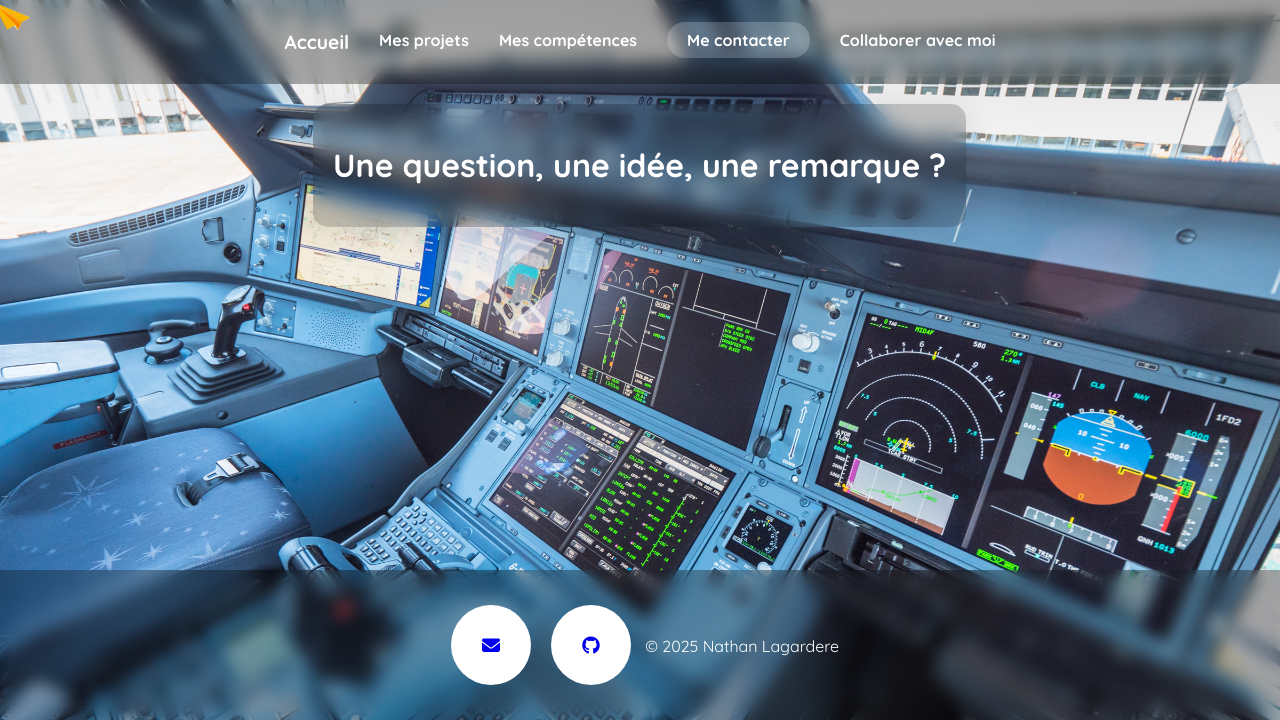
Repository: nlagardere/myportfolio
Page: contact.html
An editor plug-in stored every save of this project. The page is shown before and after the next save, followed by the edit.
The browser window is 1280 px wide. The pictures show the whole page.

Above is the page before, as saved 2025-09-07 11:06:18.

### contact.html
<!DOCTYPE html>
<html lang="en">
<head>
    <meta charset="UTF-8">
    <meta name="viewport" content="width=device-width, initial-scale=1.0">
    <title>Contact</title>
</head>
<body>
    <!DOCTYPE html>
<html lang="fr">
<head>
  <meta charset="UTF-8">
  <meta name="viewport" content="width=device-width, initial-scale=1.0">
  <title>Portfolio</title>

  <link href="https://fonts.googleapis.com/css2?family=Exo+2:wght@400;700&family=Quicksand:wght@400;700&display=swap" rel="stylesheet">
  <link rel="stylesheet" href="https://cdnjs.cloudflare.com/ajax/libs/font-awesome/6.5.0/css/all.min.css">

  <style>
    html{
      scroll-behavior: smooth;
      cursor: none;
    }

    body {
      font-family: 'Quicksand', sans-serif;
      margin: 0;
      padding: 0;
      min-height: 100vh;
      display: flex;
      flex-direction: column;
      background: url('a350.jpg') no-repeat center center;
      background-size: cover;
      color: #fff;

    }

    header {
      text-align: center;
      padding: 30px 20px;
      background: rgba(0,0,0,0.3);
      backdrop-filter: blur(8px);
    }

    .glasscard, .competences {
      background: rgba(0, 0, 0, 0.2);
      border-radius: 15px;
      padding: 20px;
      margin: 20px auto;
      max-width: 800px;
      backdrop-filter: blur(10px);
      box-shadow: 0 4px 30px rgba(0,0,0,0.1);
      text-align: center;
      animation: zoomPop 1s ease forwards;
      color: white;
    }

    .highlight {
      color: #FFD93D;
      font-weight: bold;
    }

    @keyframes zoomPop {
      0% { opacity: 0; transform: scale(0.1) translateZ(-800px); }
      60% { opacity: 1; transform: scale(1.2) translateZ(50px); }
      80% { transform: scale(0.95) translateZ(0); }
      100% { opacity: 1; transform: scale(1) translateZ(0); }
    }

    .wrapper {
      display: inline-flex;
      justify-content: center;
      list-style: none;
      padding: 20px 0;
      margin: 0 auto;
    }

    .wrapper .icon {
      position: relative;
      background: #ffffff;
      border-radius: 50%;
      padding: 15px;
      margin: 0 10px;
      width: 50px;
      height: 50px;
      font-size: 18px;
      display: flex;
      justify-content: center;
      align-items: center;
      cursor: pointer;
      transition: all 0.2s cubic-bezier(0.68, -0.55, 0.265, 1.55);
    }

    .wrapper .tooltip {
      position: absolute;
      bottom: 100%;
      left: 50%;
      transform: translateX(-50%) translateY(-10px);
      font-size: 14px;
      background: #333;
      color: #fff;
      padding: 5px 8px;
      border-radius: 5px;
      opacity: 0;
      pointer-events: none;
      white-space: nowrap;
      transition: all 0.3s cubic-bezier(0.68, -0.55, 0.265, 1.55);
      z-index: 10;
    }

    .wrapper .tooltip::before {
      content: "";
      position: absolute;
      top: 100%;
      left: 50%;
      transform: translateX(-50%) rotate(45deg);
      width: 8px;
      height: 8px;
      background: #333;
    }

    .wrapper .icon:hover .tooltip {
      opacity: 1;
      pointer-events: auto;
      transform: translateX(-50%) translateY(-15px);
    }

    .wrapper .mail:hover,
    .wrapper .mail:hover .tooltip,
    .wrapper .mail:hover .tooltip::before {
      background: #00CED1;
      color: #fff;
    }

    .wrapper .github:hover,
    .wrapper .github:hover .tooltip,
    .wrapper .github:hover .tooltip::before {
      background: #333333;
      color: #fff;
    }

    .footer{
      text-align: center;
      padding: 15px 20px;
      background: rgba(0,0,0,0.3);
      backdrop-filter: blur(8px);
      color: white;
      margin-top: auto;
    }

    .navbar ul {
      list-style: none;
      padding: 0;
      margin: 0;
      display: flex;
      justify-content: center;
      gap: 30px;
      flex-wrap: wrap;
    }
    .navbar ul li {
      display: inline;
    }
    .navbar ul li a {
      text-decoration: none;
      color: white;
      font-weight: bold;
      transition: color 0.3s;
    }
    .navbar ul li a:hover {
      color: #FFD93D;
    }

    .navbar .accueil a {
      font-size: 1.2em;
      font-weight: bold;
      color: #ffffff;
    }
    .navbar .accueil a:hover {
      color: #FFD93D;
    }

    .accueil-wrapper {
      background: rgba(255, 255, 255, 0.2);
      backdrop-filter: blur(10px);
      padding: 8px 20px;
      border-radius: 25px;
      color: #fff;
      font-weight: bold;
      transition: all 0.3s ease;
    }

    .accueil-wrapper:hover {
      background: rgba(255, 255, 255, 0.4);
      transform: scale(1.05);
      color: #FFD93D;
    }

    #mouse {
  position: fixed;
  top: 0;
  left: 0;
  width: 64px;
  height: 64px;
  background: url('cursor.png') no-repeat center center;
  background-size: contain;
  pointer-events: none; /* pour que le curseur ne bloque pas les clics */
  transform: translate(-50%, -50%);
  z-index: 9999;
  transform: translate(-35%, -25%);
  pointer-events: none;
}

::selection {
  background-color: #ffcc00; /* couleur de fond */
  color: #000000;            /* couleur du texte */
}


    @media (max-width: 600px) {
      .letter-block .letter {
        font-size: 2.5em;
      }
    }

  </style>
</head>
<body>
  <div id="mouse"></div>
  <header>
    <nav class="navbar">
      <ul>
        <li class="accueil">
          <a href="index.html">Accueil</a>
        </li>
        <li><a href="projects.html">Mes projets</a></li>
        <li><a href="competences.html">Mes compétences</a></li>
        <li><a href="contact.html"  class="accueil-wrapper">Me contacter</a></li>
        <li><a href="collaborate.html">Collaborer avec moi</a></li>
      </ul>
    </nav>
  </header>
  <div class="glasscard">
    <h1>Une question, une idée, une remarque ?</h1>

  </div>


  <div class="footer">
    <ul class="wrapper">
      <li class="icon mail">
        <a href="mailto:nathan.lagardere@gmail.com" target="_blank">
          <span class="tooltip">Mail</span>
          <i class="fas fa-envelope"></i>
        </a>
      </li>
      <li class="icon github">
        <a href="https://github.com/nlagardere" target="_blank">
          <span class="tooltip">Github</span>
          <i class="fab fa-github"></i>
        </a>
      </li>
    </ul>
    © 2025 Nathan Lagardere
  </div>

  <script>
    const mouse = document.querySelector('#mouse')
    window.addEventListener('mousemove', (e) => {
      mouse.style.top = e.pageY + 'px'
      mouse.style.left = e.pageX + 'px'
    })
  </script>
</body>
</html>

</body>
</html>

After the next save:
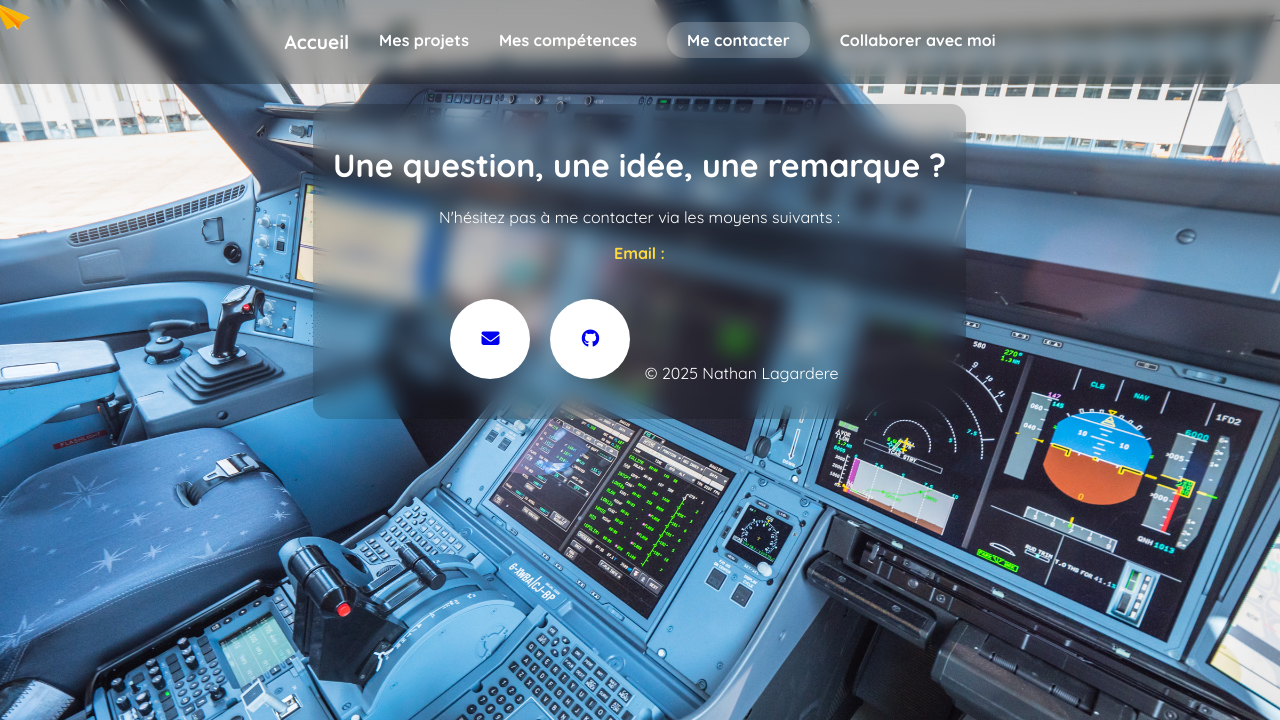
Saved 5 s later.
--- a/contact.html
+++ b/contact.html
@@ -241,7 +241,8 @@
   </header>
   <div class="glasscard">
     <h1>Une question, une idée, une remarque ?</h1>
-
+    <p>N'hésitez pas à me contacter via les moyens suivants :</p>
+    <p class="highlight">Email : <a href="mailto:nathan.lagard
   </div>
 
 
